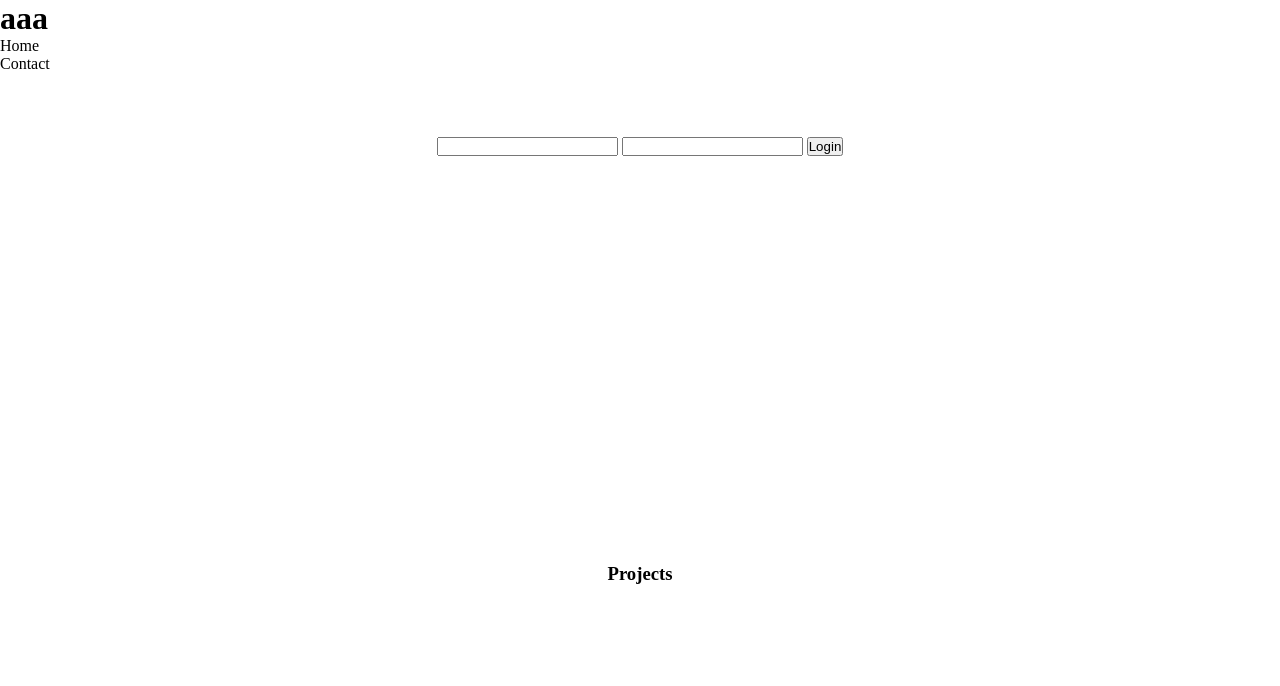
Repository: haakanerol/haakanerol
Page: Js.ass1/index.html
The author's editor kept a copy of each file at every save. The page is drawn from the files as they stood at one save, then again after the next save.
The browser window is 1280 px wide. The pictures show the whole page.

Above is the page before, as saved 2024-02-25 16:34:31.
Console error: SyntaxError: missing ) after argument list

After the next save:
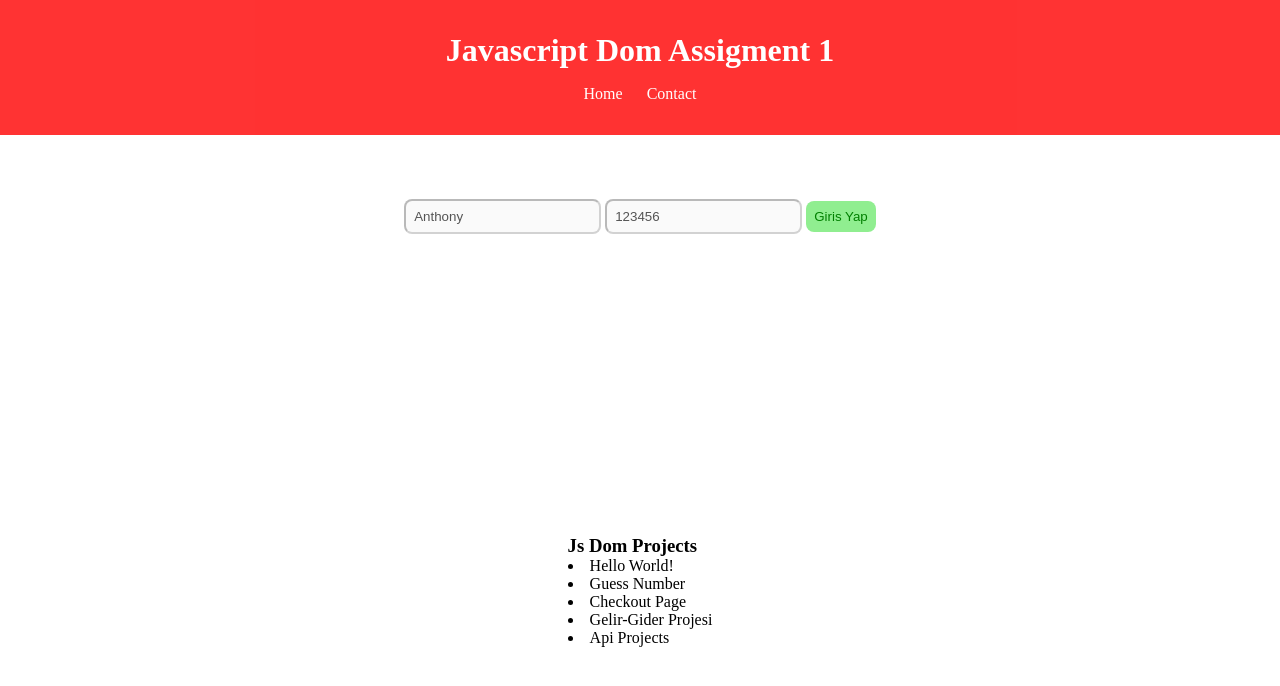
The error is gone.
Saved 4 s later.
--- a/Js.ass1/app.js
+++ b/Js.ass1/app.js
@@ -44,4 +44,4 @@ myProjects.forEach(project=>{
     newLi = document.createElement("li")
     newLi.textContent = project
     newProjects.appendChild(newLi)
-}
+})
